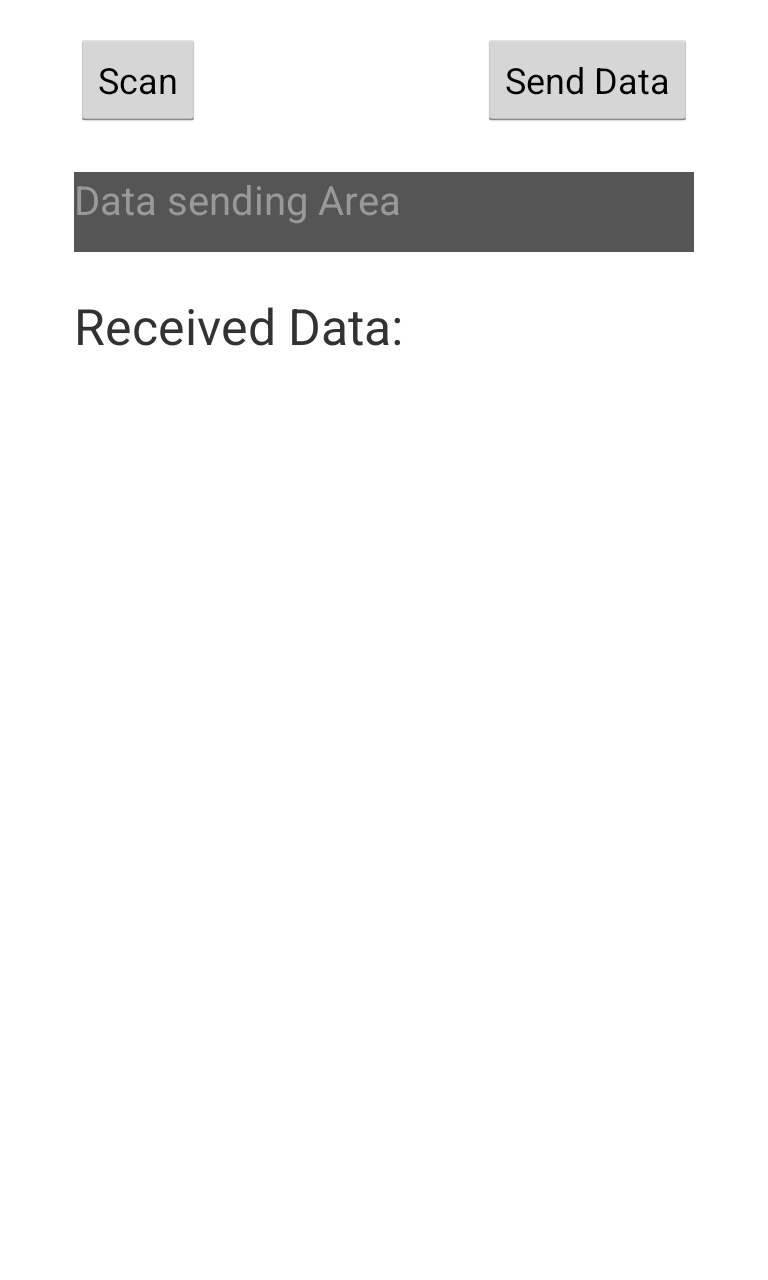
Repository: DFRobot/BlunoBasicDemo
Layout: Android/BlunoBasicDemoWorkspace/BlunoBasicDemo/res/layout/activity_main.xml
An editor plug-in stored every save of this project. The layout is shown before and after the next save, followed by the edit.
It is drawn on a 768 x 1280 px phone screen (xhdpi) without system bars, with theme AppTheme; the app's code is not run.

Above is the layout before, as saved 2014-07-11 05:05:36.

### Android/BlunoBasicDemoWorkspace/BlunoBasicDemo/res/layout/activity_main.xml
<RelativeLayout xmlns:android="http://schemas.android.com/apk/res/android"
    xmlns:tools="http://schemas.android.com/tools"
    android:layout_width="match_parent"
    android:layout_height="match_parent"
    android:paddingBottom="@dimen/activity_vertical_margin"
    android:paddingLeft="@dimen/activity_horizontal_margin"
    android:paddingRight="@dimen/activity_horizontal_margin"
    android:paddingTop="@dimen/activity_vertical_margin"
    tools:context=".MainActivity" >

    <TextView
        android:id="@+id/textView1"
        android:layout_width="wrap_content"
        android:layout_height="wrap_content" />

    <TextView
        android:id="@+id/serialReveicedText"
        android:layout_width="wrap_content"
        android:layout_height="wrap_content"
        android:layout_alignLeft="@+id/editText2"
        android:layout_below="@+id/editText2"
        android:textSize="15sp" />

    <Button
        android:id="@+id/buttonSerialSend"
        android:layout_width="wrap_content"
        android:layout_height="wrap_content"
        android:layout_above="@+id/serialSendText"
        android:layout_alignRight="@+id/serialSendText"
        android:text="Send Data" />

    <TextView
        android:id="@+id/editText2"
        android:layout_width="wrap_content"
        android:layout_height="wrap_content"
        android:layout_alignLeft="@+id/serialSendText"
        android:layout_below="@+id/serialSendText"
        android:layout_marginTop="20dp"
        android:ems="10"
        android:text="Received Data:"
        android:textSize="25sp" />

    <TextView
        android:id="@+id/serialSendText"
        android:layout_width="310dp"
        android:layout_height="40dp"
        android:layout_below="@+id/buttonScan"
        android:layout_centerHorizontal="true"
        android:layout_marginTop="22dp"
        android:background="#555555"
        android:bufferType="editable"
        android:ems="10"
        android:inputType="text"
        android:text="Data sending Area"
        android:textColor="#999999"
        android:textSize="20dip" />

    <Button
        android:id="@+id/buttonScan"
        android:layout_width="wrap_content"
        android:layout_height="wrap_content"
        android:layout_alignLeft="@+id/serialSendText"
        android:layout_alignParentTop="true"
        android:text="Scan" />

</RelativeLayout>

Loaded but not shown: Android/BlunoBasicDemoWorkspace/BlunoBasicDemo/res/values/styles.xml (common file); Android/BlunoBasicDemoWorkspace/BlunoBasicDemo/res/values-v11/styles.xml (common file); Android/BlunoBasicDemoWorkspace/BlunoBasicDemo/res/values-v14/styles.xml (common file); Android/BlunoBasicDemoWorkspace/BlunoBasicDemo/res/values/dimens.xml (common file)

After the next save:
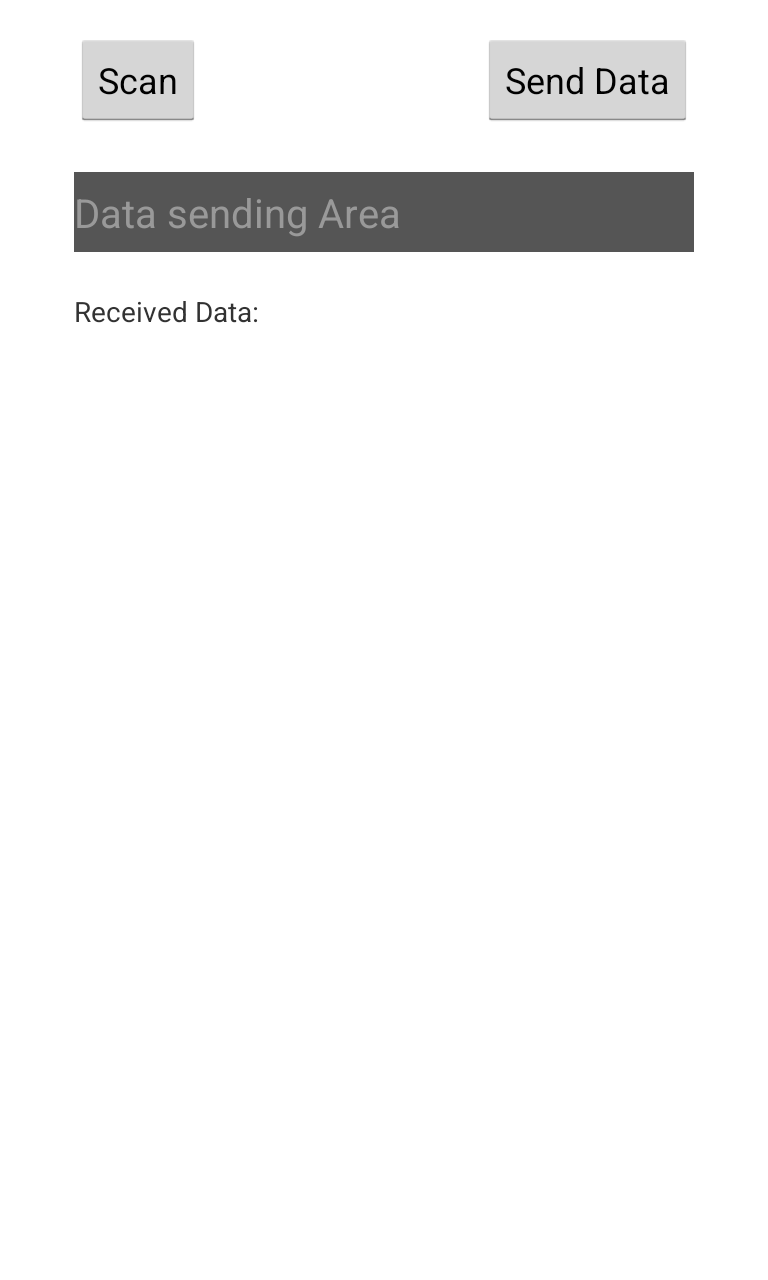
Saved 48 s later.
--- a/Android/BlunoBasicDemoWorkspace/BlunoBasicDemo/res/layout/activity_main.xml
+++ b/Android/BlunoBasicDemoWorkspace/BlunoBasicDemo/res/layout/activity_main.xml
@@ -19,7 +19,9 @@
         android:layout_height="wrap_content"
         android:layout_alignLeft="@+id/editText2"
         android:layout_below="@+id/editText2"
-        android:textSize="15sp" />
+        android:ems="10"
+        android:inputType="textMultiLine"
+	/>
 
     <Button
         android:id="@+id/buttonSerialSend"
@@ -37,10 +39,9 @@
         android:layout_below="@+id/serialSendText"
         android:layout_marginTop="20dp"
         android:ems="10"
-        android:text="Received Data:"
-        android:textSize="25sp" />
+        android:text="Received Data:" />
 
-    <TextView
+    <EditText
         android:id="@+id/serialSendText"
         android:layout_width="310dp"
         android:layout_height="40dp"

After the save that followed:
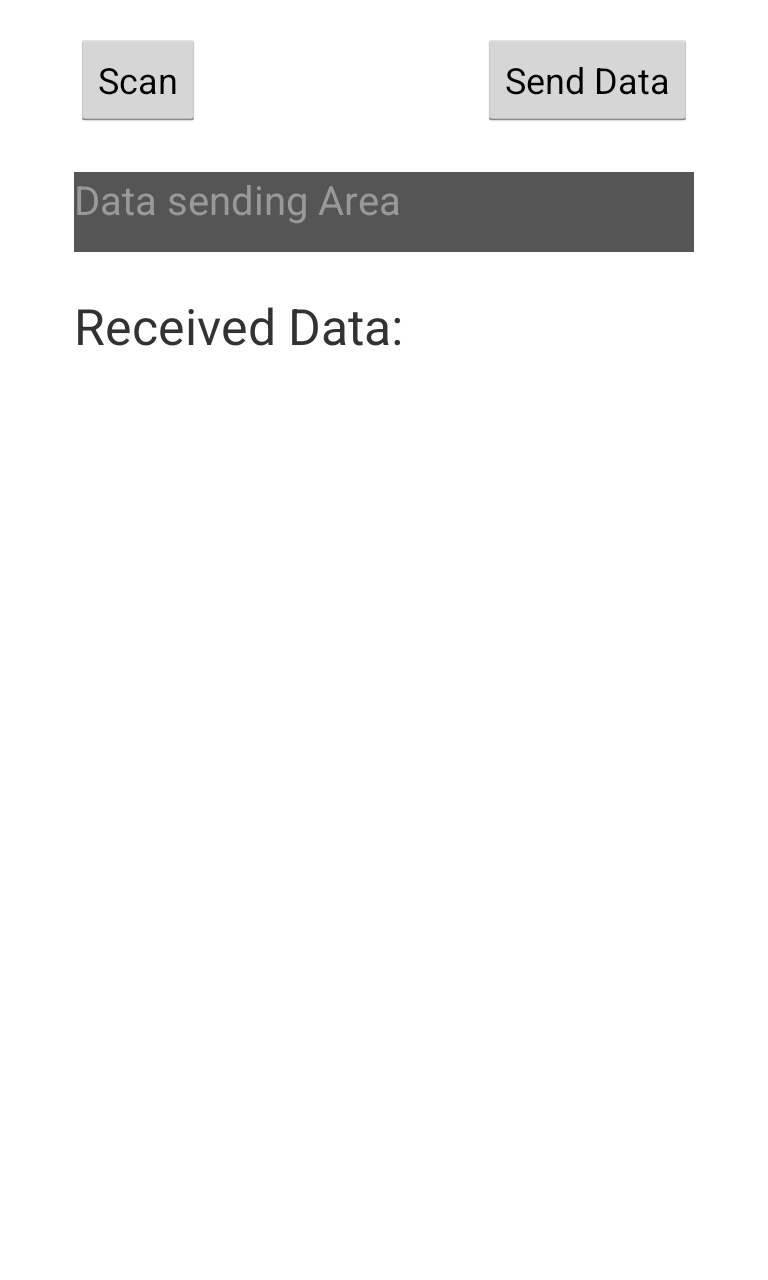
Saved 18 s later.
--- a/Android/BlunoBasicDemoWorkspace/BlunoBasicDemo/res/layout/activity_main.xml
+++ b/Android/BlunoBasicDemoWorkspace/BlunoBasicDemo/res/layout/activity_main.xml
@@ -21,7 +21,7 @@
         android:layout_below="@+id/editText2"
         android:ems="10"
         android:inputType="textMultiLine"
-	/>
+        android:textSize="15sp" />
 
     <Button
         android:id="@+id/buttonSerialSend"
@@ -39,9 +39,10 @@
         android:layout_below="@+id/serialSendText"
         android:layout_marginTop="20dp"
         android:ems="10"
-        android:text="Received Data:" />
+        android:text="Received Data:"
+        android:textSize="25sp" />
 
-    <EditText
+    <TextView
         android:id="@+id/serialSendText"
         android:layout_width="310dp"
         android:layout_height="40dp"
